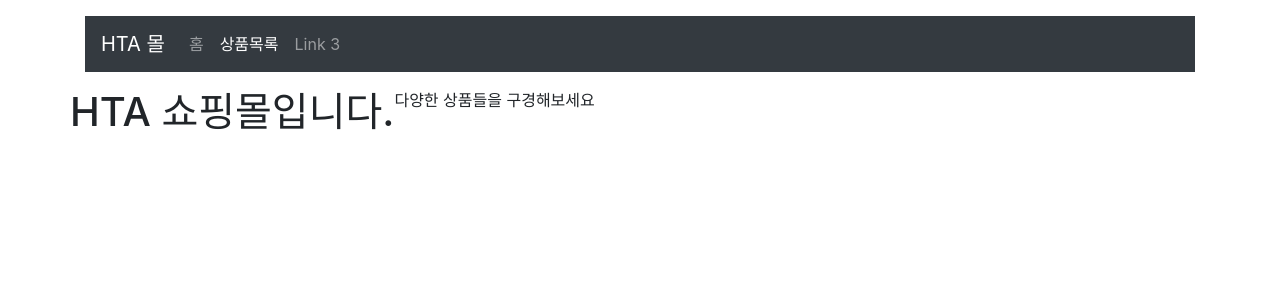
Repository: onuo77/HTA
Page: http://localhost/sample-mybatis/product/list.jsp
These files come from the project's save history. The page is drawn as it stood at one moment and after the next save; the edit follows.
The browser window is 1280 px wide. The pictures show the whole page.
The page is served by Tomcat 9. Other server files are loaded and not shown.

Above is the page before, as saved 2021-05-25 08:21:23.

### java-web/sample-mybatis/src/main/webapp/product/list.jsp
<%@ page language="java" contentType="text/html; charset=UTF-8"
    pageEncoding="UTF-8"%>
<!DOCTYPE html>
<html>
<head>
<meta charset="UTF-8">
<meta name="viewport" content="width=device-width, initial-scale=1">
<link rel="stylesheet" href="https://maxcdn.bootstrapcdn.com/bootstrap/4.5.2/css/bootstrap.min.css">
<title>상품몰</title>
</head>
<body>
<div class="container">
	<nav class="navbar navbar-expand-sm bg-dark navbar-dark my-3">
		<a class="navbar-brand" href="">HTA 몰</a>
	  	<ul class="navbar-nav">
	    	<li class="nav-item"><a class="nav-link" href="/sample-mybatis/index.jsp">홈</a></li>
	    	<li class="nav-item active"><a class="nav-link" href="/sample-mybatis/product/list.jsp">상품목록</a></li>
	    	<li class="nav-item"><a class="nav-link" href="#">Link 3</a></li>
	  	</ul>
	</nav>
	<div class="row">
		<h1>HTA 쇼핑몰입니다.</h1>
		<p>다양한 상품들을 구경해보세요</p>
	</div>
</div>
</body>
</html>

After the next save:
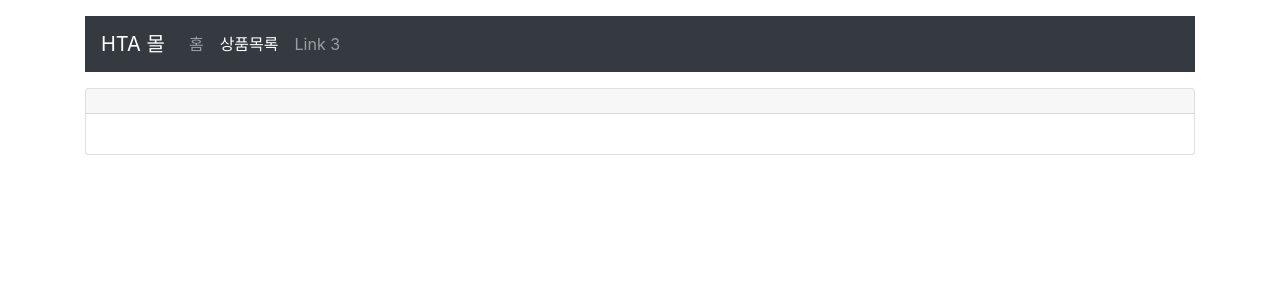
Saved 52 s later.
--- a/java-web/sample-mybatis/src/main/webapp/product/list.jsp
+++ b/java-web/sample-mybatis/src/main/webapp/product/list.jsp
@@ -19,8 +19,12 @@
 	  	</ul>
 	</nav>
 	<div class="row">
-		<h1>HTA 쇼핑몰입니다.</h1>
-		<p>다양한 상품들을 구경해보세요</p>
+		<div class="col-12">
+			<div class="card">
+				<div class="card-header"></div>
+				<div class="card-body"></div>
+			</div>
+		</div>
 	</div>
 </div>
 </body>
